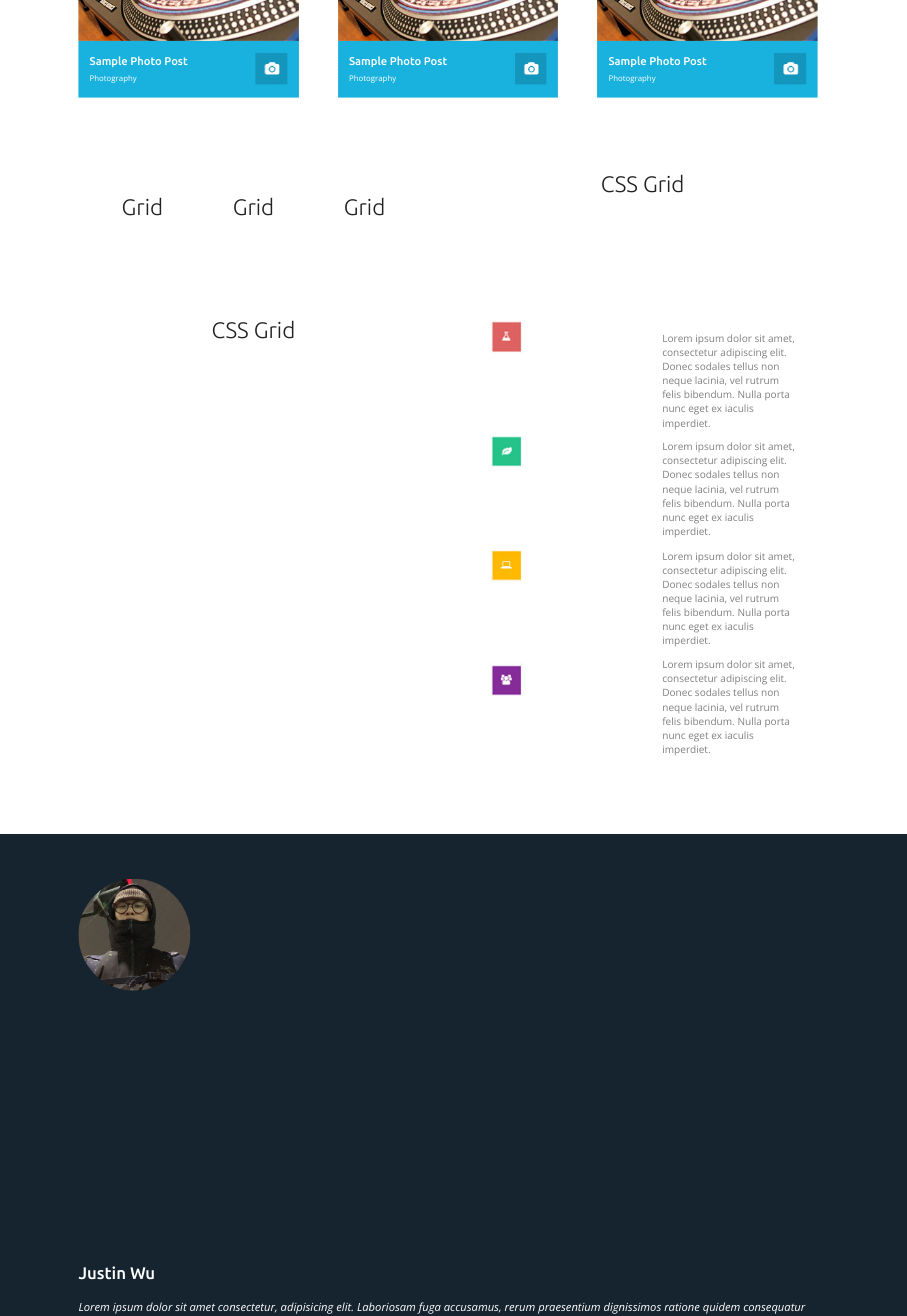
Repository: justinweiyungwu/week4project1v2
Page: cssgrid/index.html
The author's editor kept a copy of each file at every save. The page is drawn from the files as they stood at one save, then again after the next save.
The browser window is 1280 px wide. The page is 1296 px wide, so the pictures cover 1296 px, including what lies to the right of the window. The pictures show the part of the page from y = 2098 to 3978 px (the page is 11911 px tall before and 11588 px after), at 70% of full size.

Above is the page before, as saved 2023-02-03 15:53:53.

After the next save:
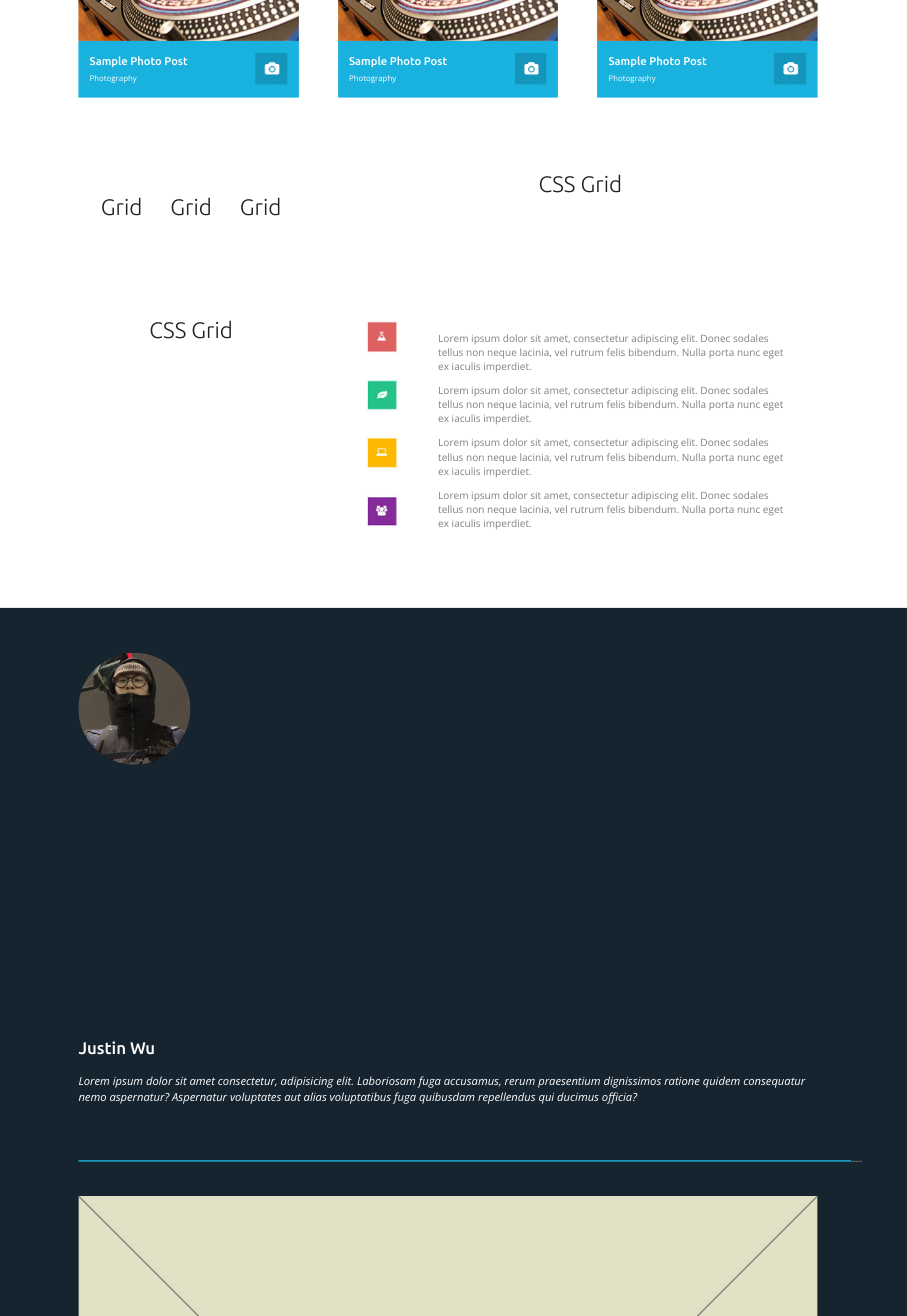
Saved 2 min 49 s later.
--- a/cssgrid/css/main.css
+++ b/cssgrid/css/main.css
@@ -378,8 +378,7 @@
 
 @media screen and (min-width: 64em) {
     .l-col-2 {
-        grid-template-columns: 1fr 1fr;
-    }
+        grid-template-columns: 1fr 7fr;    }
     .l-col-3 {
         grid-template-columns: repeat(3, 1fr);
     }
